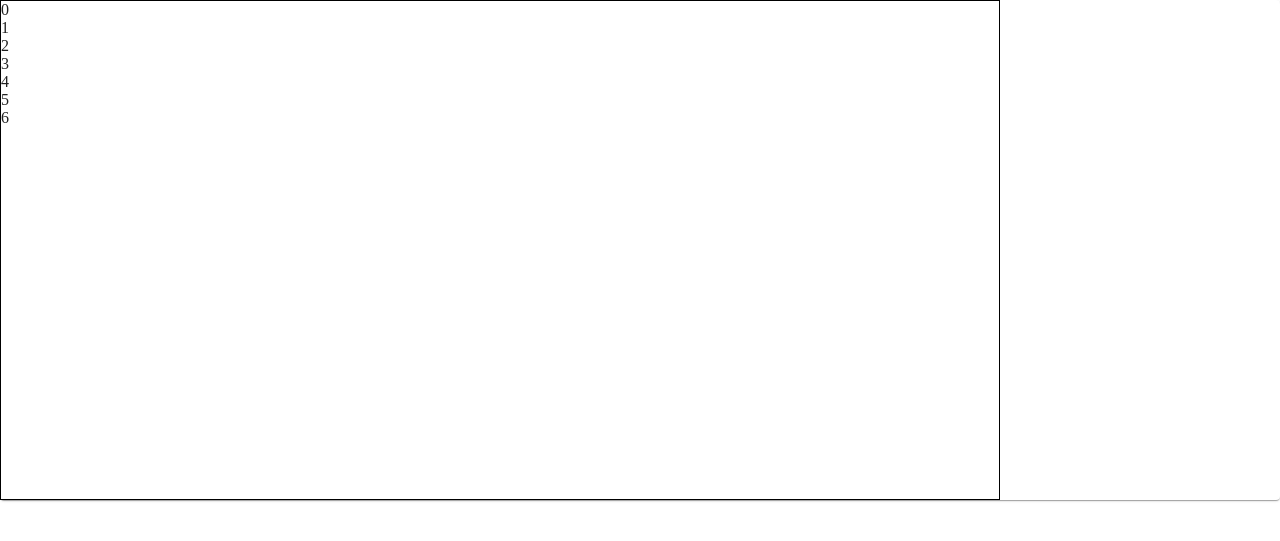
Repository: crittelmeyer/bacon
Page: /
The author's editor kept a copy of each file at every save. The page is drawn from the files as they stood at one save, then again after the next save.
The browser window is 1280 px wide. The pictures show the whole page.
The project was rebuilt for these pictures with package versions that can differ from the ones it lists, and the page was loaded fresh each time. Requests to the local data server were answered from the project's data file. Also part of the build but not shown: src/components/Section.jsx, src/components/Grid.jsx, src/components/Row.jsx, src/utils/getColWidth.js, src/components/Col.jsx, src/components/Headings.jsx, src/containers/RepositoryList.jsx, src/containers/RepositorySection.jsx and 1 more.

Above is the page before, as saved 2019-12-02 15:28:01.

After the next save:
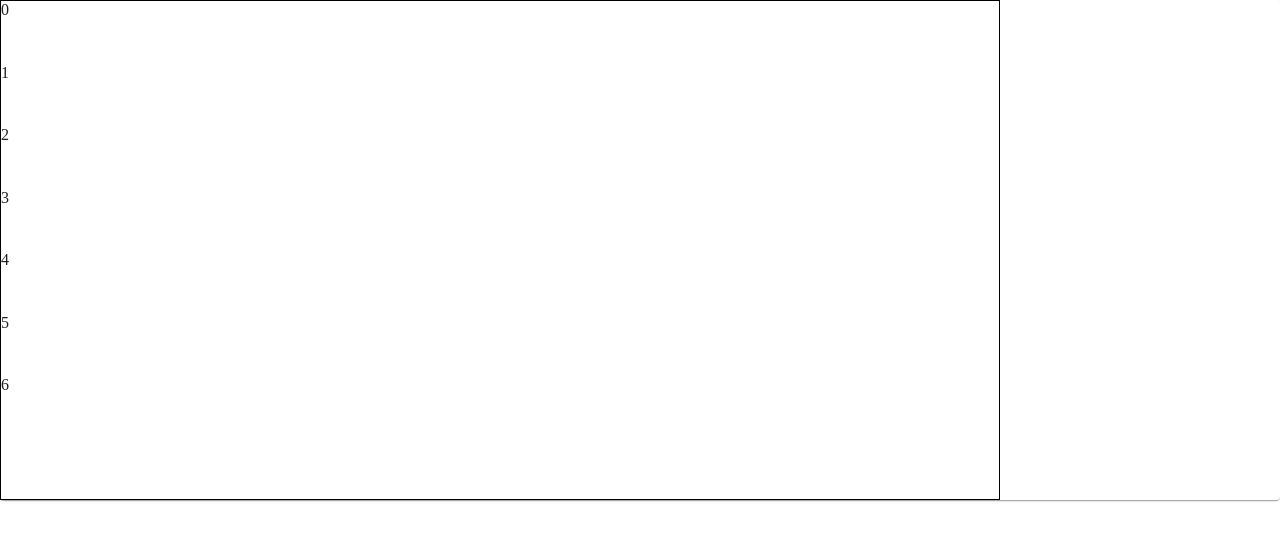
Saved 2 min 9 s later.
--- a/src/components/BaconGraph/BaconGraph.jsx
+++ b/src/components/BaconGraph/BaconGraph.jsx
@@ -41,7 +41,7 @@
       {
         map.convert({ cap: false })(
           (nodeLevel, index) =>
-            <div>{index}</div>,
+            <div className={classes.nodeLevel}>{index}</div>,
           nodesGrouped
         )
       }
